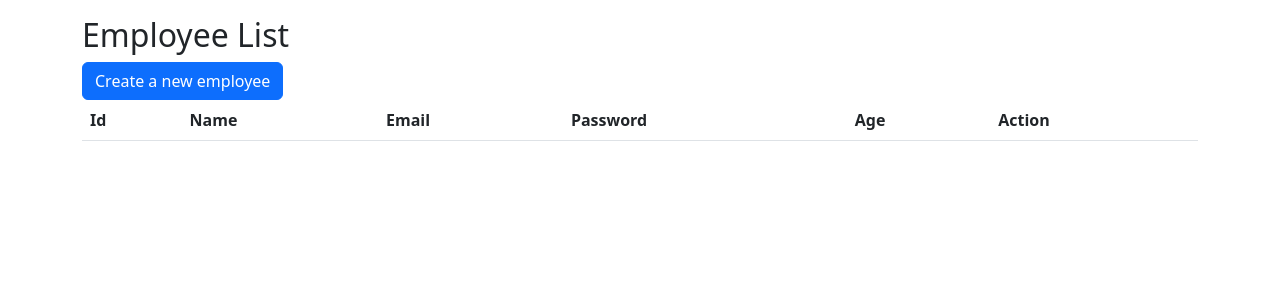
Repository: HoangLinh2001/PHP
Page: http://localhost/list_employee.php
An editor plug-in stored every save of this project. The page is shown before and after the next save, followed by the edit.
The browser window is 1280 px wide. The pictures show the whole page.
The page is run by PHP 8.4 with error messages shown; the project is at /var/www/html/. Queries for data that is not in the repository find no rows.

Above is the page before, as saved 2023-06-21 15:11:33.

After the next save:
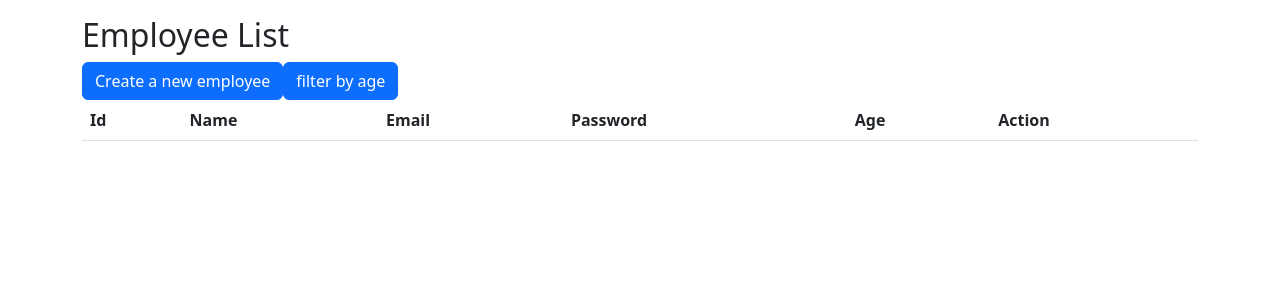
Saved 2 min 57 s later.
--- a/DEMOPHPBUOI2/list_employee.php
+++ b/DEMOPHPBUOI2/list_employee.php
@@ -7,6 +7,11 @@
     <meta name="viewport" content="width=device-width, initial-scale=1">
     <link href="https://cdn.jsdelivr.net/npm/bootstrap@5.2.3/dist/css/bootstrap.min.css" rel="stylesheet">
     <script src="https://cdn.jsdelivr.net/npm/bootstrap@5.2.3/dist/js/bootstrap.bundle.min.js"></script>
+    <style>
+        .create-filter-employee{
+            display: flex;
+        }
+    </style>
 </head>
 
 <body>
@@ -17,7 +22,10 @@ $result = $con -> query($sql);
 ?>
     <div class="container mt-3">
         <h2>Employee List</h2>
+    <div class="create-filter-employee">
         <a class="btn btn-primary" href="create_employee.php">Create a new employee</a>
+        <a class="btn btn-primary" href="create_employee.php">filter by age</a>
+    </div>
         <table class="table">
             <thead>
                 <tr>
